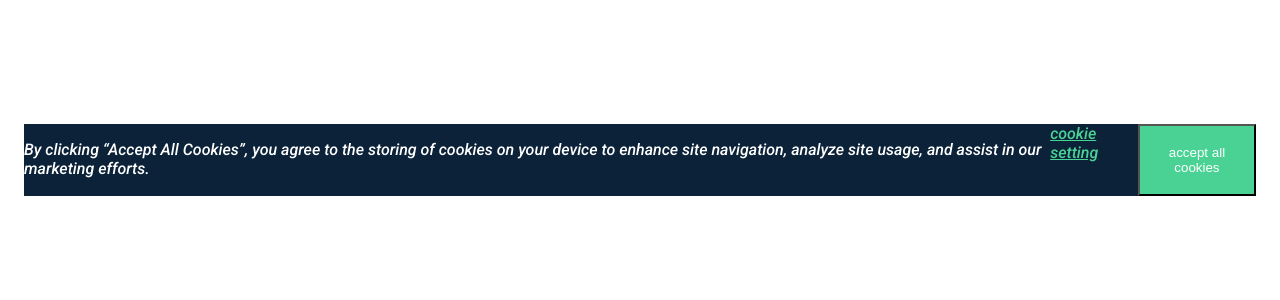
Repository: batonAnton/cursor_cookies_lectr3
Page: index.html
These files come from the project's save history. The page is drawn as it stood at one moment and after the next save; the edit follows.
The browser window is 1280 px wide. The pictures show the whole page.

Above is the page before, as saved 2022-06-01 10:33:52.

After the next save:
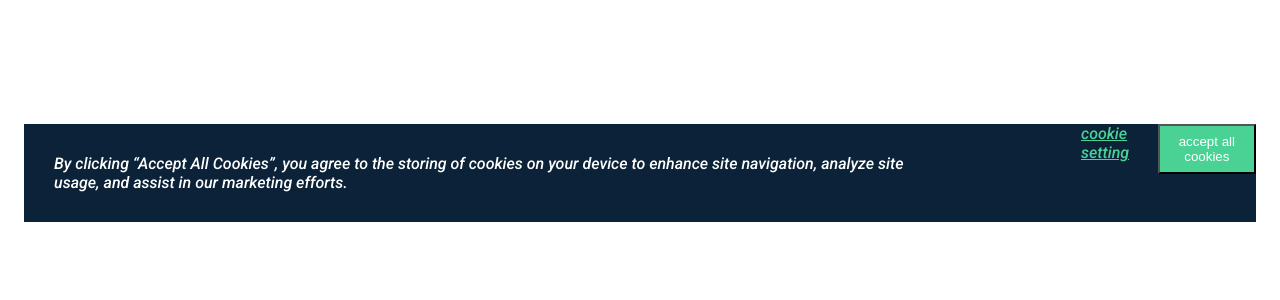
Saved 5 min 2 s later.
--- a/css/style.css
+++ b/css/style.css
@@ -8,22 +8,24 @@ p {
 
 .banner_1 {
   width: 100%;
-  height: 72px;
+  /* height: 72px; */
   display: inline-flex;
   background-color: #0b2239;
 }
 
 .banner_1 p {
   color: #ffffff;
+  margin: 30px;
 }
 
 .banner_1 a{
     color: #4AD295;
-    margin
+    margin-left: 100px;
 }
 
 .banner_1 button {
+    height: 50px;
   color: #ffffff;
   background-color: #4ad295;
-  padding: 8px 10px 8px 10px;
+  /* padding: 8px 10px 8px 10px; */
 }
